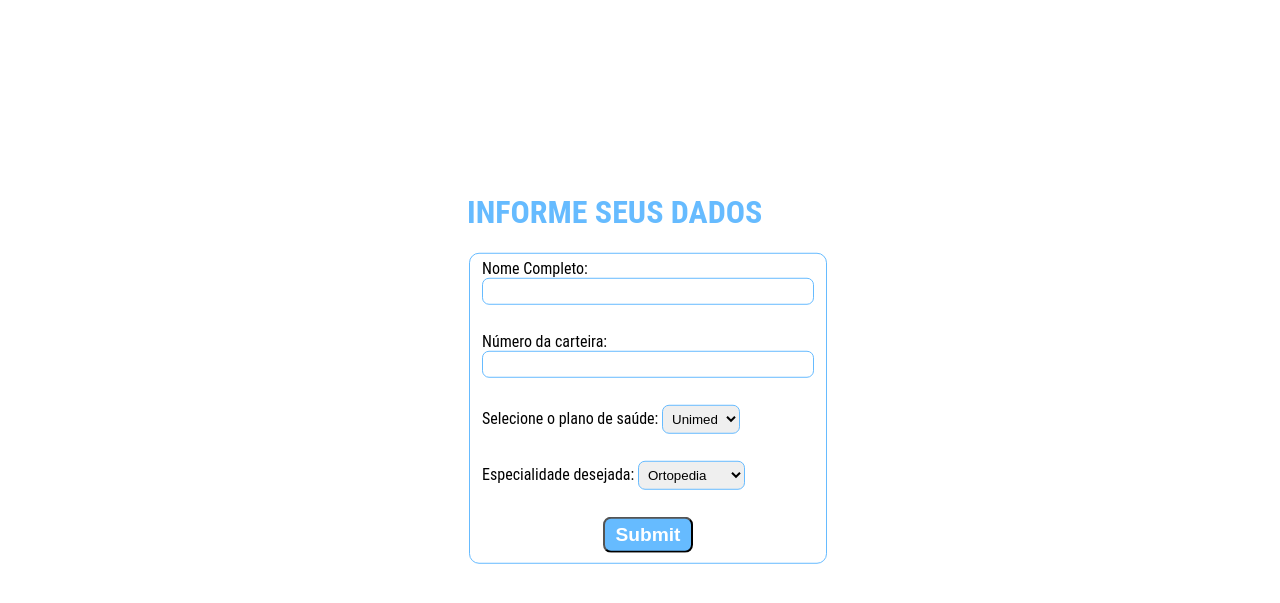
Repository: ohenriquesouza/HospitalCRUD-using-JavaEE
Page: http://localhost/JSP_test/novaConsulta.html
An editor plug-in stored every save of this project. The page is shown before and after the next save, followed by the edit.
The browser window is 1280 px wide. The pictures show the whole page.
Some web fonts or font styles are not loaded; a fallback is used. The page is served by Tomcat 9. Other server files are loaded and not shown.

Above is the page before, as saved 2022-12-27 16:39:23.

### JSP_test/src/main/webapp/novaConsulta.html
<!DOCTYPE html>
<html lang = "pt-br">
    <head>
        <meta charset="UTF-8">
        <meta http-equiv="X-UA-Compatible" content="IE=edge">
        <meta name="viewport" content="width=device-width, initial-scale=1.0">
        <title>Nova Consulta</title>
        <link rel="stylesheet" href="style.css">
        <style>
            fieldset{
                border-radius: 10px;
                border: 1px solid #66bbff;
            }
            .input_name{
            	width: 320px;
            	padding: 5px;
            	margin-bottom: 8px;
            	border: 1px solid #66bbff;
            	border-radius: 7px;
            }
            .input_nmCarteira{
            	width: 320px;
            	padding: 5px;
            	margin-bottom: 8px;
            	border: 1px solid #66bbff;
            	border-radius: 7px;
            }
             .input_plano{
            	padding: 5px;
            	margin-bottom: 8px;
            	border: 1px solid #66bbff;
            	border-radius: 7px;
            }
             .input_espec{
            	padding: 5px;
            	margin-bottom: 8px;
            	border: 1px solid #66bbff;
            	border-radius: 7px;
            }

        </style>
    </head>
    <body>
        <div class="box">
        	<h1>INFORME SEUS DADOS</h1>
            <form action="">
                <fieldset>
                    <div class="input_box">
                        <label for="nome">Nome Completo:</label>
                        <input type="text" name="nome" id="nome" class="input_name" required></input>
                    </div>
                    <br>
	                <div class="input_box">
                        <label for="NmCarteira">Número da carteira:</label>
                        <input type="number" name="NmCarteira" id="NmCarteira" class="input_nmCarteira" required></input>
                    </div>
                    <br>
                     <div class="input_box">
                        <label for="">Selecione o plano de saúde:</label>
						<select name="plan" id="plan" form="" class="input_plano">
						  <option value="ortopedia">Unimed</option>
						  <option value="pediatria">Amil</option>
						  <option value="clinica">GNDI</option>
						</select>
                    </div>
                    <br>
                    <div class="input_box">
                        <label for="">Especialidade desejada:</label>
						<select name="especs" id="especs" form="" class="input_espec">
						  <option value="ortopedia">Ortopedia</option>
						  <option value="pediatria">Pediatria</option>
						  <option value="clinica">Clínica geral</option>
						</select>
                    </div>
                    <br>
                    <center><input class="botao1" type="submit"></input></center>
                </fieldset>
            </form>
        </div>
    </body>
</html>

### JSP_test/src/main/webapp/style.css
@charset "utf-8";
@import url('https://fonts.googleapis.com/css2?family=Roboto+Condensed:wght@300&display=swap');
body{
    position: absolute;
    top: 50%;
    left: 50%;
    transform: translate(-50%, -50%);
	font-size: 1em;
	font-weight: 400;
	font-family: 'Roboto Condensed', sans-serif;
}
h1{
	color: #66bbff;
}
.botao1{
	text-decoration: none;
	background-color: #66bbff;
	padding: 5px 10px 5px 10px;
	color: #fff;
	font-size: 1.2em;
	font-weight: 700;
	border-radius: 8px;
	cursor: pointer;
}
.botao2{
	text-decoration: none;
	background-color: #66bbff;
	padding: 5px 10px 5px 10px;
	color: #fff;
	font-size: 1.0em;
	font-weight: 500;
	border-radius: 8px;
	cursor: pointer;
}
 .box{
                position: absolute;
                top: 50%;
                left: 50%;
                transform: translate(-50%, -50%);
                padding: 15px;
                border-radius: 10px;
}

After the next save:
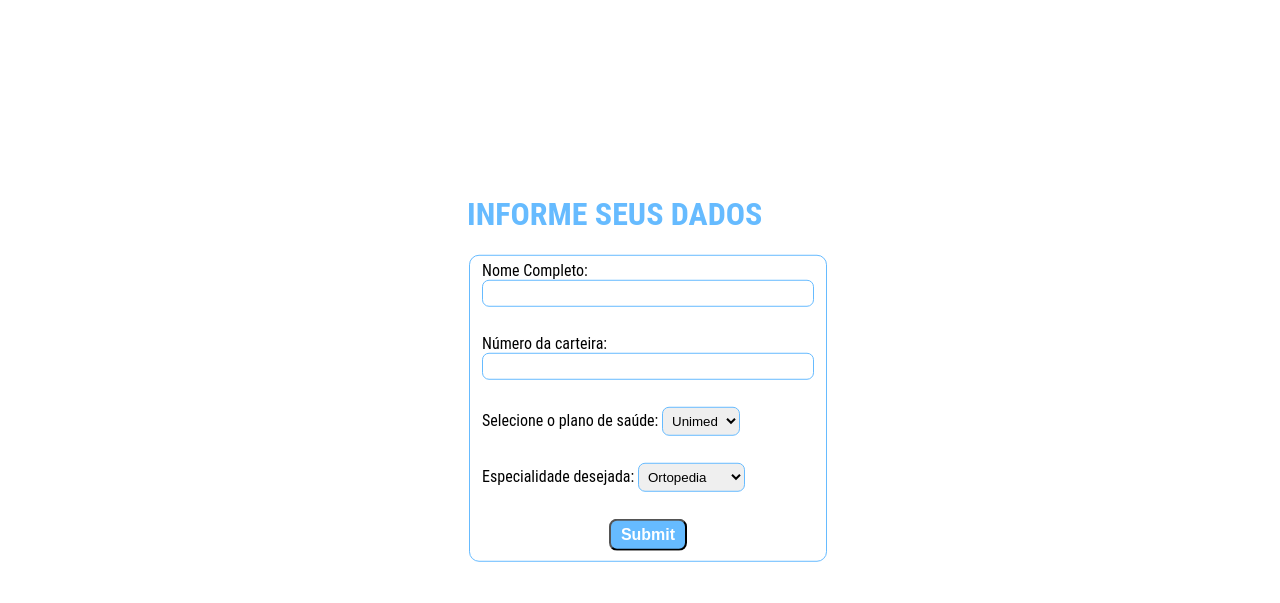
Saved 11 s later.
--- a/JSP_test/src/main/webapp/style.css
+++ b/JSP_test/src/main/webapp/style.css
@@ -17,18 +17,8 @@
 	background-color: #66bbff;
 	padding: 5px 10px 5px 10px;
 	color: #fff;
-	font-size: 1.2em;
+	font-size: 1.0em;
 	font-weight: 700;
-	border-radius: 8px;
-	cursor: pointer;
-}
-.botao2{
-	text-decoration: none;
-	background-color: #66bbff;
-	padding: 5px 10px 5px 10px;
-	color: #fff;
-	font-size: 1.0em;
-	font-weight: 500;
 	border-radius: 8px;
 	cursor: pointer;
 }

After the save that followed:
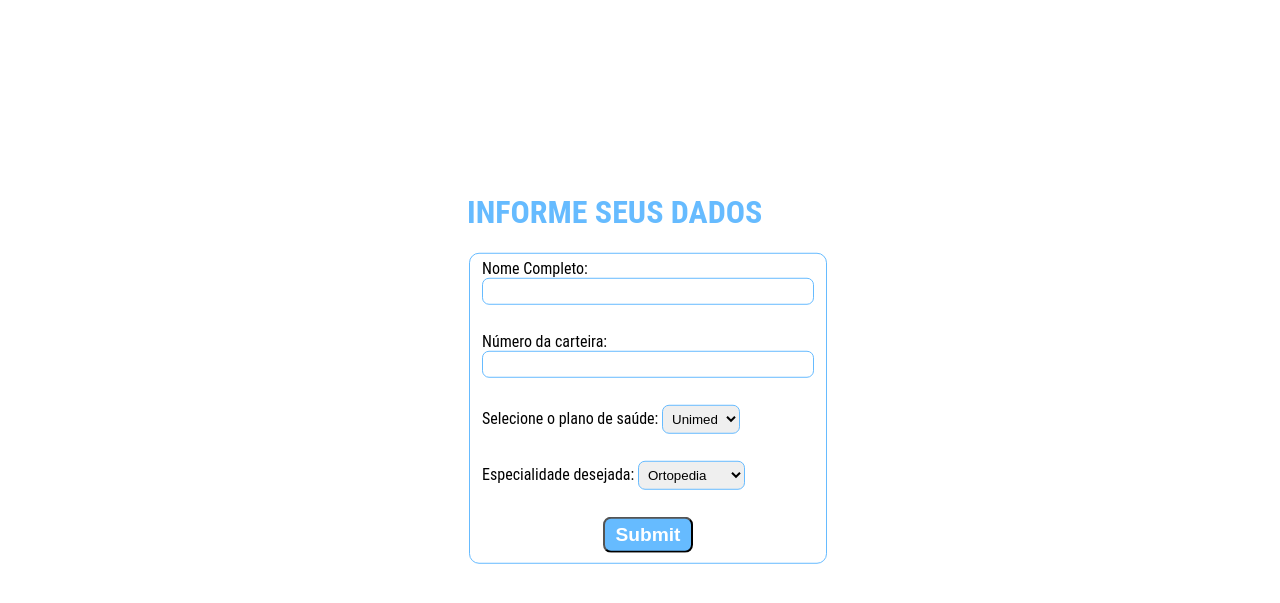
Saved 7 s later.
--- a/JSP_test/src/main/webapp/style.css
+++ b/JSP_test/src/main/webapp/style.css
@@ -17,7 +17,7 @@
 	background-color: #66bbff;
 	padding: 5px 10px 5px 10px;
 	color: #fff;
-	font-size: 1.0em;
+	font-size: 1.2em;
 	font-weight: 700;
 	border-radius: 8px;
 	cursor: pointer;
